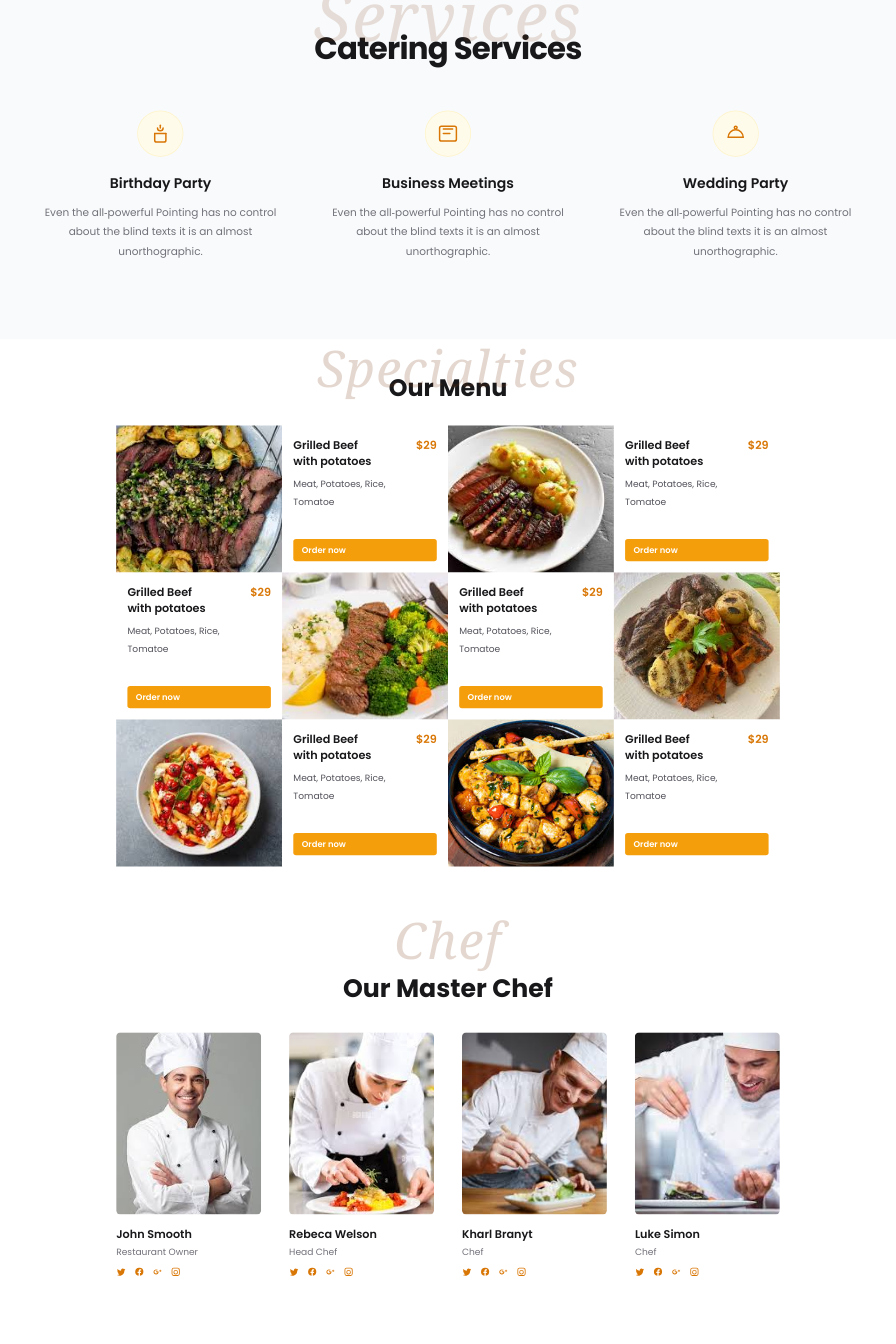
Repository: Purniagithub/Benttacproject
Page: /
These files come from the project's save history. The page is drawn as it stood at one moment and after the next save; the edit follows.
The browser window is 1280 px wide. The pictures show the part of the page from y = 1227 to 3147 px (the page is 3147 px tall), at 70% of full size.
Some web fonts or font styles are not loaded; a fallback is used. The project was rebuilt for these pictures with package versions that can differ from the ones it lists, and the page was loaded fresh each time. Also part of the build but not shown: vite.config.js.

Above is the page before, as saved 2025-08-21 18:37:28.

### index.html
<!doctype html>
<html lang="en">
  <head>
    <meta charset="UTF-8" />
    <link rel="icon" type="image/svg+xml" href="/vite.svg" />
    <link href="https://fonts.googleapis.com/css2?family=Playfair+Display:ital,wght@1,500&family=Poppins:wght@400;600;700&display=swap" rel="stylesheet">
    <link rel="preconnect" href="https://fonts.gstatic.com" crossorigin>
<link href="https://fonts.googleapis.com/css2?family=Playfair+Display:ital,wght@1,400;1,600&display=swap" rel="stylesheet">

    <meta name="viewport" content="width=device-width, initial-scale=1.0" />
    <title>Vite + React</title>
  </head>
  <body>
    <div id="root"></div>
    <script type="module" src="/src/main.jsx"></script>
  </body>
</html>

### src/App.jsx
import React from "react";
import Navbar from "./components/Navbar";
import Hero from "./components/Hero";

function App() {
  return (
    <div className="font-poppins">
      <Navbar />
      <Hero />
    </div>
  );
}

export default App;

### src/components/Navbar.jsx
import React from "react";

const Navbar = () => {
  return (
    <header className="absolute top-0 left-0 w-full z-50">
      {/* Top bar */}
      <div className="flex justify-between items-center bg-black bg-opacity-70 text-white text-sm px-6 py-2">
        <div className="flex space-x-6">
          <span>📞 +1235 2355 98</span>
          <span>✉️ youremail@email.com</span>
        </div>
        <span>Open hours: Monday - Sunday 8:00AM - 9:00PM</span>
      </div>

      {/* Main Navbar */}
      <nav className="flex justify-between items-center bg-black bg-opacity-60 text-white px-8 py-4">
        <h1 className="text-xl font-bold">Feliciano</h1>
        <ul className="flex space-x-8 font-medium">
          <li><a href="#" className="hover:text-yellow-400">Home</a></li>
          <li><a href="#" className="hover:text-yellow-400">About</a></li>
          <li><a href="#" className="hover:text-yellow-400">Menu</a></li>
          <li><a href="#" className="hover:text-yellow-400">Stories</a></li>
          <li><a href="#" className="hover:text-yellow-400">Contact</a></li>
        </ul>
        <button className="bg-yellow-600 hover:bg-yellow-700 px-5 py-2 rounded text-black font-semibold">
          Book a table
        </button>
      </nav>
    </header>
  );
};

export default Navbar;

### src/components/Hero.jsx
import React from "react";
import AboutSection from "../components/AboutSection";
import CateringServices from "./CateringServices";
import MenuTightGrid from "../components/MenuTightGrid";
import MasterChef from "../components/MasterChef";

const dishes = [
  { id: 1, name: "Grilled Beef with potatoes", desc: "Meat, Potatoes, Rice, Tomato", img: "/dish-1.jpeg" },
  { id: 2, name: "Grilled Beef with potatoes", desc: "Meat, Potatoes, Rice, Tomato", img: "/dish-2.jpeg" },
  { id: 3, name: "Grilled Beef with potatoes", desc: "Meat, Potatoes, Rice, Tomato", img: "/dish-3.jpeg" },
  { id: 4, name: "Grilled Beef with potatoes", desc: "Meat, Potatoes, Rice, Tomato", img: "/dish-4.jpeg" },
];

const Hero = () => {
  return (
    <>
    <section
      className="relative h-[80vh] bg-cover bg-center flex flex-col justify-center items-center text-white px-4"
      style={{ backgroundImage: "url('/img-4.jpeg')" }}
    >
      {/* Dark overlay */}
      <div className="absolute inset-0 bg-black/70"></div>

      {/* Headings */}
      <div className="relative z-10 text-center mt-20 md:mt-32 lg:mt-40">
        <h2 className="text-3xl md:text-4xl lg:text-5xl font-serif italic text-[#CDA45E]">
          Feliciano
        </h2>
        <h1 className="text-4xl md:text-5xl lg:text-7xl font-extrabold tracking-wide mt-3 md:mt-4 uppercase">
          Best Restaurant
        </h1>
      </div>

      {/* Dish Cards */}
      <div className="relative z-10 grid grid-cols-1 sm:grid-cols-2 md:grid-cols-4 gap-10 md:gap-16 lg:gap-20 mt-16 md:mt-24 lg:mt-32">
        {dishes.map((dish) => (
          <div key={dish.id} className="text-center max-w-[220px] mx-auto">
            <img
              src={dish.img}
              alt={dish.name}
              className="w-24 h-24 md:w-28 md:h-28 object-cover rounded-full mx-auto border-4 border-white shadow-lg"
            />
            <h3 className="mt-3 font-semibold text-base md:text-lg whitespace-nowrap">
              {dish.name}
            </h3>
            <p className="text-xs md:text-sm text-gray-300">{dish.desc}</p>
          </div>
        ))}
      </div>
    </section>
     {/* Other sections */}
     <AboutSection />
     <CateringServices />
     <MenuTightGrid tileHeight={210} containerWidth={980} />
     <MasterChef />

</>
  );
};

export default Hero;

### src/components/AboutSection.jsx
// src/components/AboutSection.jsx
import React from "react";

export default function AboutSection() {
  return (
    <section className="w-full bg-white py-16">
      <div className="max-w-5xl mx-auto text-center">
        {/* Top Grid (Images + Content) */}
        <div className="grid grid-cols-1 lg:grid-cols-2 gap-8 items-center">
          {/* Left Images */}
          <div className="flex justify-center gap-4">
            <img
              src="/chef-1.jpeg"
              alt="Chef serving"
              className="shadow-md object-cover h-[280px] w-[180px]"
            />
            <img
              src="/chef-5.jpeg"
              alt="Cooking food"
              className="shadow-md object-cover h-[280px] w-[180px] mt-8"
            />
          </div>

          {/* Right Content */}
          <div className="text-left lg:text-left">
            <h3 className="text-lg font-serif italic text-[#CDA45E] relative mb-2">
              <span className="absolute -left-6 top-0 text-5xl text-gray-200 opacity-40">
                About
              </span>
              About Us
            </h3>
            <h2 className="text-4xl font-bold text-gray-900 mb-4 tracking-wide">
              Feliciano Restaurant
            </h2>
            <p className="text-gray-600 mb-4 leading-relaxed">
              A small river named Duden flows by their place and supplies it
              with the necessary regelialia. It is a paradisematic country, in
              which roasted parts of sentences fly into your mouth.
            </p>

            <p className="text-gray-700 mb-2">
              Mon - Fri <span className="font-bold">8 AM - 11 PM</span>
            </p>
            <p className="text-2xl font-bold text-[#CDA45E]">
              +1-978-123-4567
            </p>
          </div>
        </div>

        {/* Stats Section */}
        <div className="grid grid-cols-2 sm:grid-cols-5 gap-4 mt-16 pt-10">
          <div className="text-center">
            <h4 className="text-3xl font-bold text-[#CDA45E]">18</h4>
            <p className="text-sm text-gray-600">Years of Experience</p>
          </div>
          <div className="text-center">
            <h4 className="text-3xl font-bold text-[#CDA45E]">100</h4>
            <p className="text-sm text-gray-600">Menus/Dish</p>
          </div>
          <div className="text-center">
            <h4 className="text-3xl font-bold text-[#CDA45E]">50</h4>
            <p className="text-sm text-gray-600">Staffs</p>
          </div>
          <div className="text-center">
            <h4 className="text-3xl font-bold text-[#CDA45E]">15,000</h4>
            <p className="text-sm text-gray-600">Happy Customers</p>
          </div>
          <div className="text-center text-xs line-clamp-5">
            <p className="text-xs text-gray-600">A small river named Duden flows by their place and supplies it
              with the necessary regelialia. It is a paradisematic country, in
              which roasted parts of sentences fly into your mouth.</p>
          </div>
        </div>
      </div>
    </section>
  );
}

### src/components/CateringServices.jsx
import React from "react";

function IconCake(props) {
  return (
    <svg viewBox="0 0 24 24" aria-hidden="true" {...props}>
      <g fill="none" stroke="currentColor" strokeWidth="1.6" strokeLinecap="round" strokeLinejoin="round">
        <path d="M12 3v3" />
        <path d="M9 6a3 3 0 1 0 6 0" />
        <path d="M6 12h12" />
        <path d="M6 12v7a2 2 0 0 0 2 2h8a2 2 0 0 0 2-2v-7" />
      </g>
    </svg>
  );
}

function IconMeeting(props) {
  return (
    <svg viewBox="0 0 24 24" aria-hidden="true" {...props}>
      <g fill="none" stroke="currentColor" strokeWidth="1.6" strokeLinecap="round" strokeLinejoin="round">
        <path d="M7 7h10M7 12h7" />
        <path d="M3 18a2 2 0 0 0 2 2h14a2 2 0 0 0 2-2V6a2 2 0 0 0-2-2H5a2 2 0 0 0-2 2z" />
      </g>
    </svg>
  );
}

function IconCloche(props) {
  return (
    <svg viewBox="0 0 24 24" aria-hidden="true" {...props}>
      <g fill="none" stroke="currentColor" strokeWidth="1.6" strokeLinecap="round" strokeLinejoin="round">
        <path d="M12 7a1.5 1.5 0 1 0 0-3 1.5 1.5 0 0 0 0 3z" />
        <path d="M4 16a8 8 0 1 1 16 0" />
        <path d="M4 16h16" />
      </g>
    </svg>
  );
}

const cards = [
  {
    title: "Birthday Party",
    text:
      "Even the all‑powerful Pointing has no control about the blind texts it is an almost unorthographic.",
    Icon: IconCake,
  },
  {
    title: "Business Meetings",
    text:
      "Even the all‑powerful Pointing has no control about the blind texts it is an almost unorthographic.",
    Icon: IconMeeting,
  },
  {
    title: "Wedding Party",
    text:
      "Even the all‑powerful Pointing has no control about the blind texts it is an almost unorthographic.",
    Icon: IconCloche,
  },
];

export default function CateringServices({
  id = "services",
  heading = "Catering Services",
  accent = "Services",
}) {
  return (
    <section id={id} className="relative isolate bg-gray-50 py-24 sm:py-28">
      {/* Accent word behind heading */}
      <div aria-hidden className="pointer-events-none absolute inset-x-0 -top-1 sm:top-0 text-center">
        <span className="select-none font-serif italic tracking-wide text-amber-900/15 text-7xl sm:text-8xl md:text-[96px] leading-none">
          {accent}
        </span>
      </div>

      <div className="mx-auto max-w-[1200px] px-4">
        {/* Main heading */}
        <h2 className="text-center text-[34px] sm:text-[38px] md:text-[44px] font-extrabold tracking-tight text-zinc-900 -mt-12">
          {heading}
        </h2>

        {/* Cards */}
        <div className="mt-14 grid grid-cols-1 md:grid-cols-3 gap-12 md:gap-16">
          {cards.map(({ title, text, Icon }) => (
            <article key={title} className="text-center">
              <div className="mx-auto mb-6 flex h-16 w-16 items-center justify-center rounded-full bg-amber-50 ring-1 ring-amber-100 text-amber-600">
                <Icon className="h-8 w-8" />
              </div>
              <h3 className="text-[20px] font-semibold text-zinc-900">{title}</h3>
              <p className="mt-3 mx-auto max-w-[340px] text-[15px] leading-7 text-zinc-500">
                {text}
              </p>
            </article>
          ))}
        </div>
      </div>
    </section>
  );
}

### src/components/MenuTightGrid.jsx
import React from "react";

const tiles = [
  // Row 1
  { type: "image", src: "/dish-1.jpeg", alt: "Dish 1" },
  { type: "card",  title: "Grilled Beef\nwith potatoes", price: 29, lines: ["Meat, Potatoes, Rice,", "Tomatoe"] },
  { type: "image", src: "/dish-2.jpeg", alt: "Dish 2" },
  { type: "card",  title: "Grilled Beef\nwith potatoes", price: 29, lines: ["Meat, Potatoes, Rice,", "Tomatoe"] },
  // Row 2
  { type: "card",  title: "Grilled Beef\nwith potatoes", price: 29, lines: ["Meat, Potatoes, Rice,", "Tomatoe"] },
  { type: "image", src: "/dish-3.jpeg", alt: "Dish 3" },
  { type: "card",  title: "Grilled Beef\nwith potatoes", price: 29, lines: ["Meat, Potatoes, Rice,", "Tomatoe"] },
  { type: "image", src: "/dish-4.jpeg", alt: "Dish 5" },
  // Row 3
  { type: "image", src: "/dish-5.jpeg", alt: "Dish 6" },
  { type: "card",  title: "Grilled Beef\nwith potatoes", price: 29, lines: ["Meat, Potatoes, Rice,", "Tomatoe"] },
  { type: "image", src: "/dish-6.jpeg", alt: "Dish 6" },
  { type: "card",  title: "Grilled Beef\nwith potatoes", price: 29, lines: ["Meat, Potatoes, Rice,", "Tomatoe"] },
];

function Price({ value }) {
  return <span className="text-[16px] font-semibold text-amber-600">{`$${value}`}</span>;
}

function OrderBtn() {
  return (
    <button className="inline-flex h-8 items-center rounded bg-amber-500 px-3 text-xs font-semibold text-white hover:bg-amber-600">
      Order now
    </button>
  );
}

function Card({ title, price, lines }) {
  return (
    // NO outer padding or margin; fill the grid cell entirely
    <div className="h-full w-full bg-white">
      {/* Internal spacing for the card content only */}
      <article className="flex h-full w-full flex-col justify-between p-4">
        <div>
          <div className="flex items-start justify-between gap-3">
            <h3 className="whitespace-pre-line text-[16px] font-semibold leading-6 text-zinc-900">
              {title}
            </h3>
            <Price value={price} />
          </div>
          <ul className="mt-2 space-y-0.5 text-[13px] leading-6 text-zinc-600">
            {lines.map((t, i) => (
              <li key={i}>{t}</li>
            ))}
          </ul>
        </div>
        <OrderBtn />
      </article>
    </div>
  );
}

function TileImage({ src, alt }) {
  return (
    // NO padding/margin; image covers the tile
    <div className="h-full w-full">
      <img src={src} alt={alt} className="h-full w-full object-cover" loading="lazy" />
    </div>
  );
}

export default function MenuTightGrid({
  id = "menu",
  heading = "Our Menu",
  accent = "Specialties",
  data = tiles,
  // Adjust these two to tune exact size
  tileHeight = 210,      // each tile’s fixed height (px)
  containerWidth = 980,  // overall section width (px)
}) {
  return (
    <section id={id} className="relative isolate bg-white py-14">
      {/* Accent script word behind heading */}
      <div aria-hidden className="pointer-events-none absolute inset-x-0 top-1 text-center">
        <span className="select-none font-serif italic text-[60px] md:text-[72px] leading-none tracking-wide text-amber-900/20">
          {accent}
        </span>
      </div>

      <div className="mx-auto px-4" style={{ maxWidth: `${containerWidth}px` }}>
        <h2 className="text-center text-[30px] md:text-[34px] font-extrabold leading-tight text-zinc-900 -mt-2">
          {heading}
        </h2>

        {/* 4-column grid — zero gap, zero padding */}
        <div className="mt-8 grid grid-cols-4 gap-0">
          {data.map((t, i) => (
            <div key={i} className="m-0 p-0" style={{ height: `${tileHeight}px` }}>
              {t.type === "card" ? (
                <Card title={t.title} price={t.price} lines={t.lines} />
              ) : (
                <TileImage src={t.src} alt={t.alt} />
              )}
            </div>
          ))}
        </div>
      </div>
    </section>
  );
}

### src/components/MasterChef.jsx
import React from "react";

// tiny SVG icons (Twitter, Facebook, Google, Instagram)
const Tw = (p) => (
  <svg viewBox="0 0 24 24" aria-hidden="true" {...p}>
    <path fill="currentColor" d="M22.46 6c-.77.35-1.6.58-2.46.69a4.26 4.26 0 0 0 1.87-2.35 8.47 8.47 0 0 1-2.69 1.03 4.23 4.23 0 0 0-7.25 3.86A12 12 0 0 1 3.16 4.9a4.23 4.23 0 0 0 1.31 5.64 4.18 4.18 0 0 1-1.92-.53v.05a4.23 4.23 0 0 0 3.39 4.15 4.27 4.27 0 0 1-1.91.07 4.24 4.24 0 0 0 3.95 2.94A8.49 8.49 0 0 1 2 19.54 12 12 0 0 0 8.29 21.5c7.55 0 11.68-6.26 11.68-11.68 0-.18-.01-.36-.02-.54A8.35 8.35 0 0 0 22.46 6z"/>
  </svg>
);
const Fb = (p) => (
  <svg viewBox="0 0 24 24" aria-hidden="true" {...p}>
    <path fill="currentColor" d="M22 12a10 10 0 1 0-11.6 9.87v-6.98h-2.6V12h2.6V9.8c0-2.57 1.53-3.99 3.87-3.99 1.12 0 2.3.2 2.3.2v2.53h-1.3c-1.28 0-1.68.79-1.68 1.6V12h2.85l-.46 2.89h-2.39v6.98A10 10 0 0 0 22 12z"/>
  </svg>
);
const Gp = (p) => (
  <svg viewBox="0 0 24 24" aria-hidden="true" {...p}>
    <path fill="currentColor" d="M21.5 10.5h-2v2h-1.5v-2h-2v-1.5h2v-2H19.5v2h2zM8.5 10.75v2.5h3.6c-.15.95-1.08 2.78-3.6 2.78-2.17 0-3.94-1.8-3.94-4.03s1.77-4.03 3.94-4.03c1.24 0 2.06.53 2.53.98l1.73-1.67C11.82 7 10.36 6.25 8.5 6.25c-3.46 0-6.25 2.8-6.25 6.25S5.04 18.75 8.5 18.75c3.7 0 6.15-2.6 6.15-6.27 0-.42-.05-.83-.12-1.23z"/>
  </svg>
);
const Ig = (p) => (
  <svg viewBox="0 0 24 24" aria-hidden="true" {...p}>
    <path fill="currentColor" d="M7 2h10a5 5 0 0 1 5 5v10a5 5 0 0 1-5 5H7a5 5 0 0 1-5-5V7a5 5 0 0 1 5-5zm0 2a3 3 0 0 0-3 3v10a3 3 0 0 0 3 3h10a3 3 0 0 0 3-3V7a3 3 0 0 0-3-3H7zm5 3.5A5.5 5.5 0 1 1 6.5 13 5.5 5.5 0 0 1 12 7.5zm0 2A3.5 3.5 0 1 0 15.5 13 3.5 3.5 0 0 0 12 9.5zM18.25 6.5a.75.75 0 1 1-.75.75.75.75 0 0 1 .75-.75z"/>
  </svg>
);

const chefs = [
  {
    name: "John Smooth",
    role: "Restaurant Owner",
    src: "/chef-7.jpeg",
    alt: "Chef John Smooth",
  },
  {
    name: "Rebeca Welson",
    role: "Head Chef",
    src: "/chef-9.jpeg",
    alt: "Chef Rebeca Welson",
  },
  {
    name: "Kharl Branyt",
    role: "Chef",
    src: "/chef-1.jpeg",
    alt: "Chef Kharl Branyt",
  },
  {
    name: "Luke Simon",
    role: "Chef",
    src: "/chef-4.jpeg",
    alt: "Chef Luke Simon",
  },
];

function SocialRow() {
  const cls = "h-3.5 w-3.5 text-amber-600";
  return (
    <div className="mt-3 flex items-center gap-3 text-amber-600">
      <Tw className={cls} />
      <Fb className={cls} />
      <Gp className={cls} />
      <Ig className={cls} />
    </div>
  );
}

function ChefCard({ name, role, src, alt }) {
  return (
    <article className="w-full">
      <div className="overflow-hidden rounded-md">
        <img
          src={src}
          alt={alt}
          className="h-[260px] w-full object-cover"
          loading="lazy"
        />
      </div>
      <h3 className="mt-4 text-[16px] font-semibold text-zinc-900">{name}</h3>
      <p className="mt-1 text-[13px] text-zinc-500">{role}</p>
      <SocialRow />
    </article>
  );
}

export default function MasterChef({
  id = "chefs",
  heading = "Our Master Chef",
  accent = "Chef",
}) {
  return (
    <section id={id} className="relative isolate bg-white py-20 sm:py-24">
      {/* Accent script behind the heading */}
      <div aria-hidden className="pointer-events-none absolute inset-x-0 top-3 text-center">
        <span className="select-none font-serif italic text-[64px] sm:text-[72px] leading-none tracking-wide text-amber-900/20">
          {accent}
        </span>
      </div>

      {/* Compact container matching screenshot width */}
      <div className="mx-auto max-w-[980px] px-4">
        <h2 className="text-center text-[34px] sm:text-[36px] font-extrabold leading-tight text-zinc-900">
          {heading}
        </h2>

        {/* 4-column grid, equal cards */}
        <div className="mt-10 grid grid-cols-1 gap-10 sm:grid-cols-2 lg:grid-cols-4">
          {chefs.map((c) => (
            <ChefCard key={c.name} {...c} />
          ))}
        </div>
      </div>
    </section>
  );
}

### tailwind.config.js
/** @type {import('tailwindcss').Config} */
export default {
  content: ["./index.html",
    "./src/**/*.{js,ts,jsx,tsx}",],
  theme: {
    extend: {fontFamily: {
      sans: ['Poppins', 'sans-serif'],
      serif: ['Playfair Display', "Georgia", 'serif'],
    },
    colors: {
      gold: "#CDA45E",
    },},
  },
  plugins: [],
}

Loaded but not shown: src/main.jsx (common file); src/index.css (common file)

After the next save:
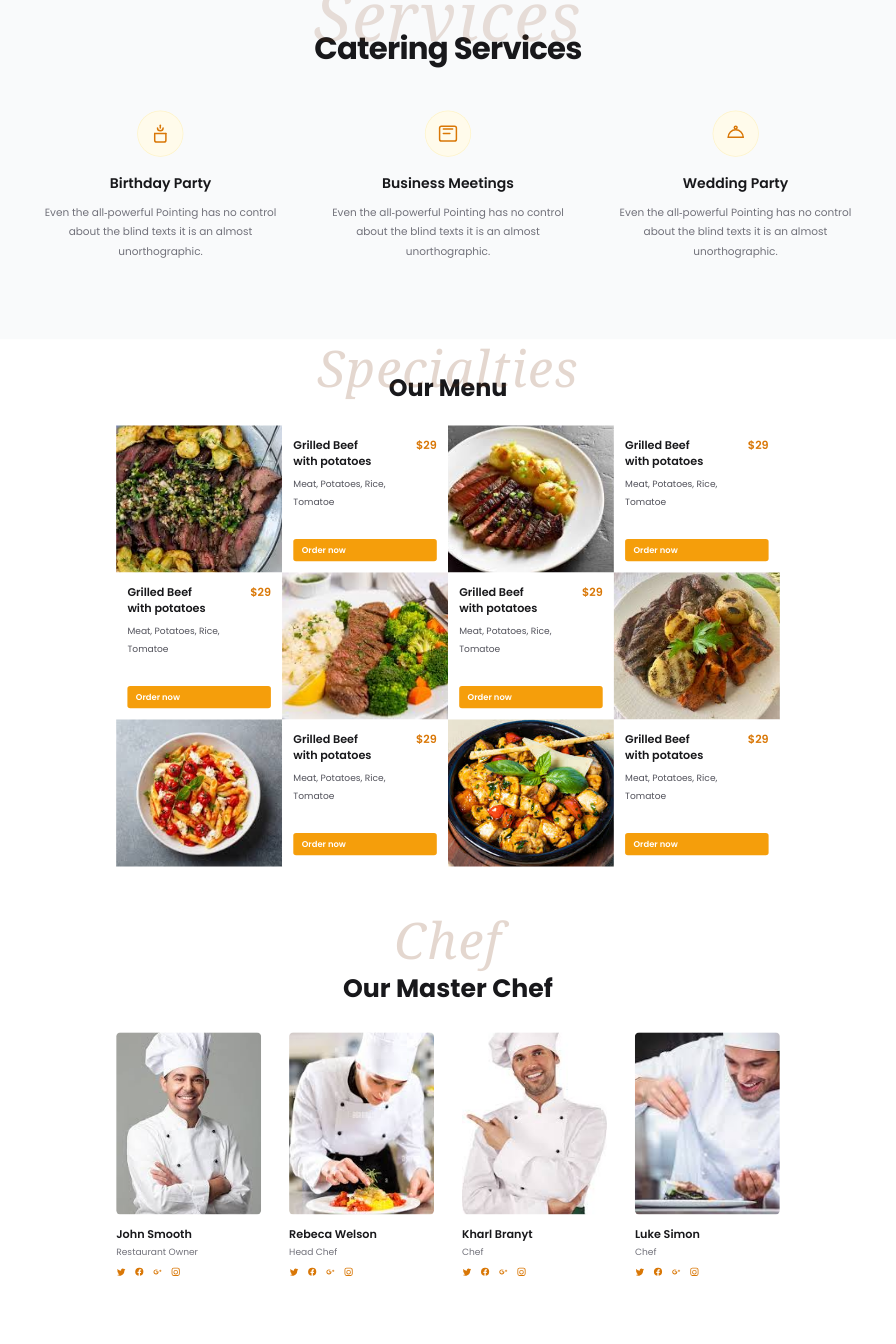
Saved 10 s later.
--- a/src/components/MasterChef.jsx
+++ b/src/components/MasterChef.jsx
@@ -38,7 +38,7 @@ const chefs = [
   {
     name: "Kharl Branyt",
     role: "Chef",
-    src: "/chef-1.jpeg",
+    src: "/chef-8.jpeg",
     alt: "Chef Kharl Branyt",
   },
   {
